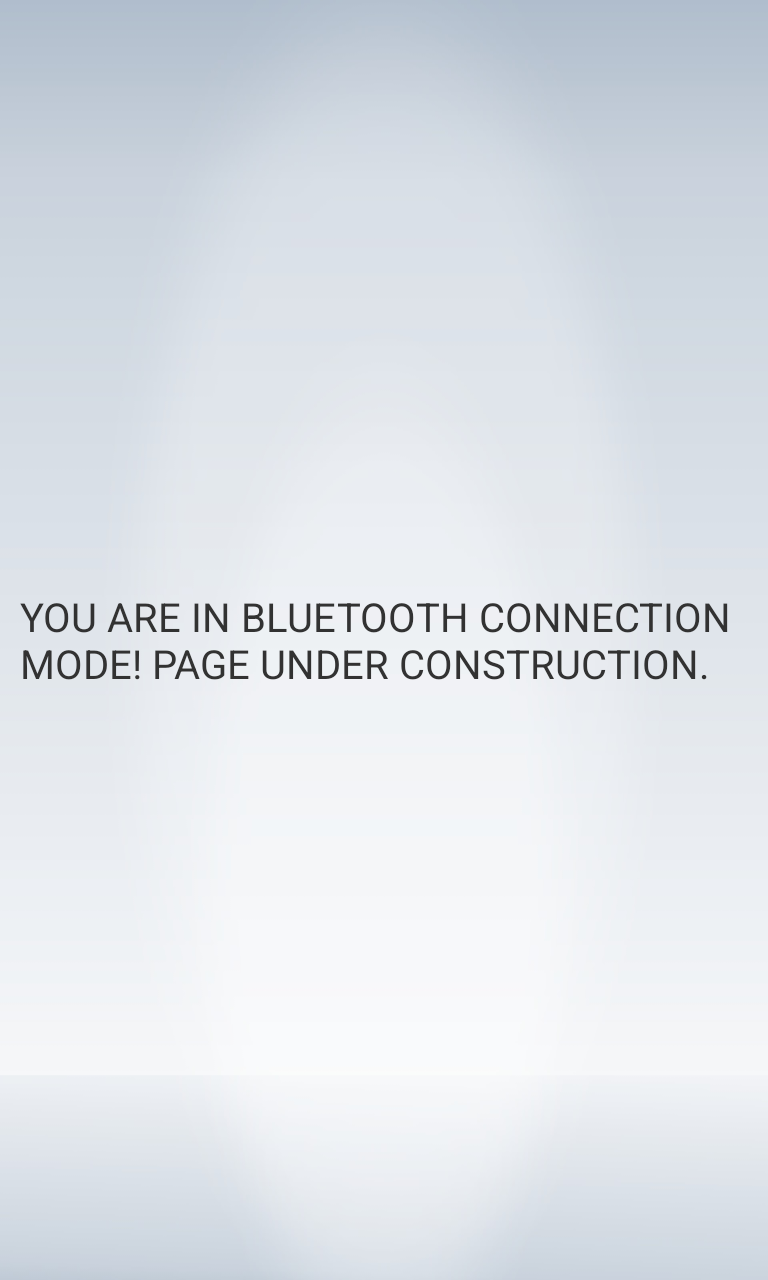
Repository: neha01mittal/AndroidGameController
Layout: AndroidTCPComm/AndroidGameController/GameControllerDataTransfer/res/layout/activity_bluetooth.xml
An editor plug-in stored every save of this project. The layout is shown before and after the next save, followed by the edit.
It is drawn on a 768 x 1280 px phone screen (xhdpi) without system bars, with theme AppTheme; the app's code is not run.

Above is the layout before, as saved 2013-12-12 09:44:02.

After the next save:
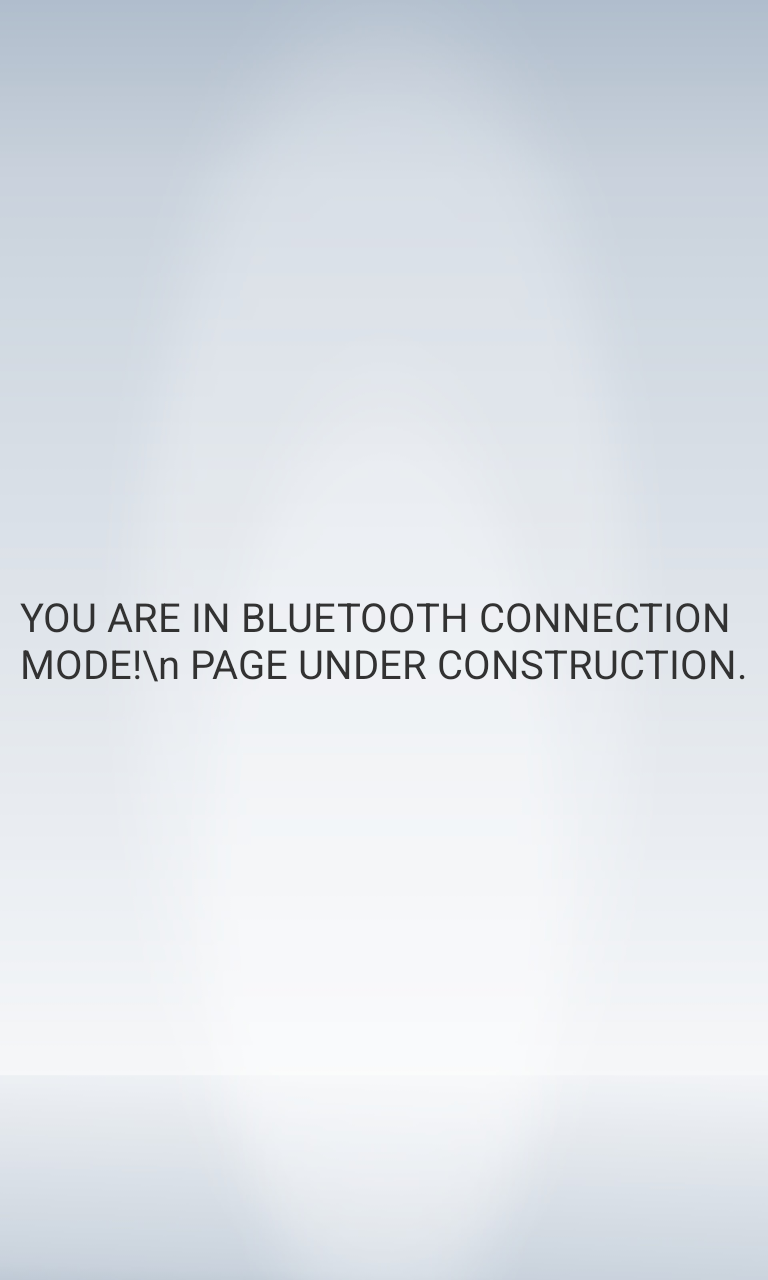
Saved 5 s later.
--- a/AndroidTCPComm/AndroidGameController/GameControllerDataTransfer/res/layout/activity_bluetooth.xml
+++ b/AndroidTCPComm/AndroidGameController/GameControllerDataTransfer/res/layout/activity_bluetooth.xml
@@ -11,6 +11,6 @@
             android:layout_height="wrap_content"
             android:layout_gravity="center"
             android:padding="10dp"
-            android:text="YOU ARE IN BLUETOOTH CONNECTION MODE! PAGE UNDER CONSTRUCTION."
+            android:text="YOU ARE IN BLUETOOTH CONNECTION MODE!\n PAGE UNDER CONSTRUCTION."
             android:textSize="20sp" />
 </LinearLayout>
